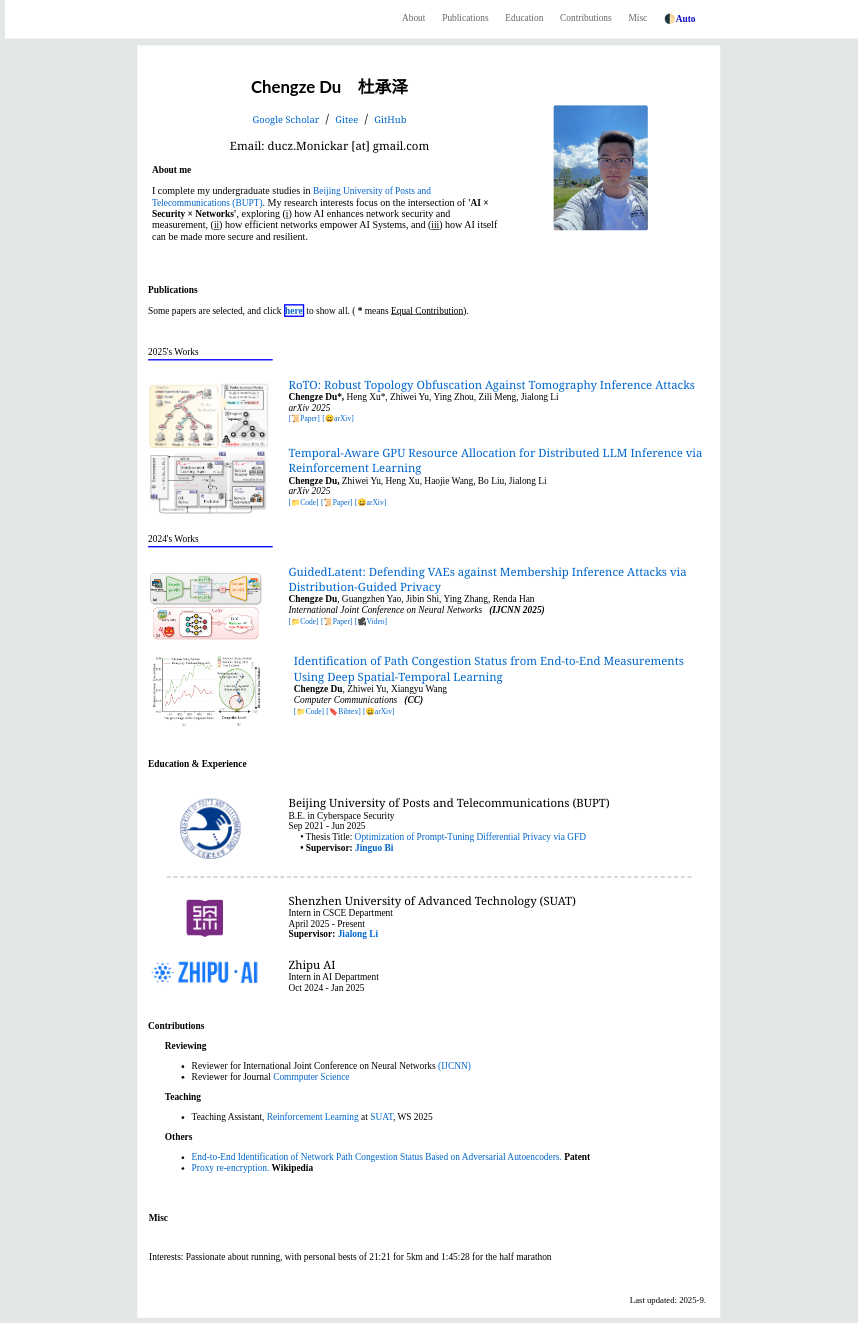
Repository: Monickar/Monickar.github.io
Page: index.html
These files come from the project's save history. The page is drawn as it stood at one moment and after the next save; the edit follows.
The browser window is 1280 px wide. The pictures show the whole page, at 67% of full size.

Above is the page before, as saved 2025-10-28 18:45:38.

After the next save:
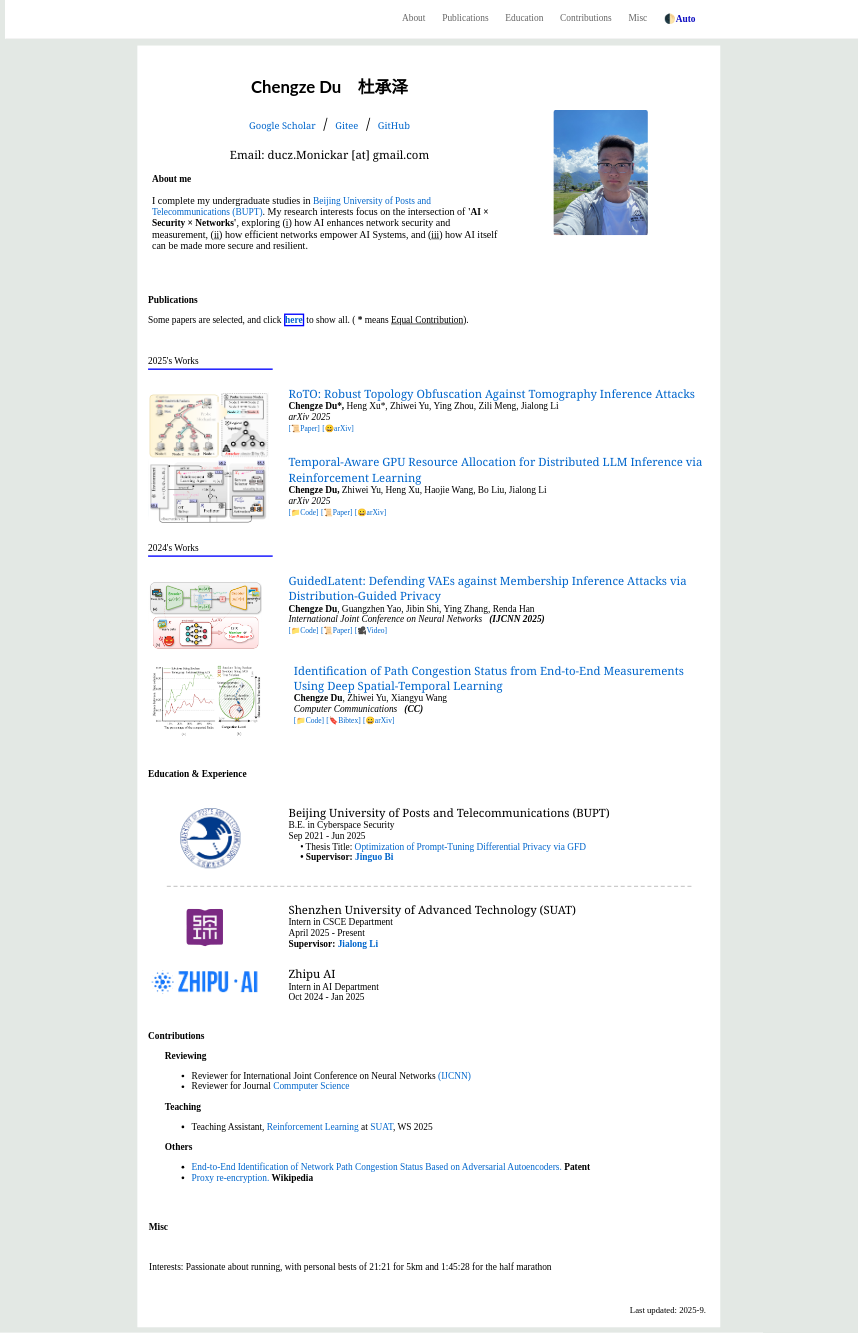
Saved 6 s later.
--- a/index.html
+++ b/index.html
@@ -54,7 +54,7 @@
                   Chengze Du &ensp;  杜承泽
                 </p>
 
-                <p style="text-align:center; font-size: 18px; font-family: Georgia">
+                <p style="text-align:center; font-size: 22px; font-family: Georgia">
                   <a href="https://scholar.google.com/citations?hl=zh-CN&user=y4ty-f4AAAAJ">Google Scholar</a> &nbsp;/&nbsp;
                   <a href="https://gitee.com/monickar">Gitee</a> &nbsp;/&nbsp;
                   <a href="https://github.com/Monickar">GitHub</a>

After the save that followed:
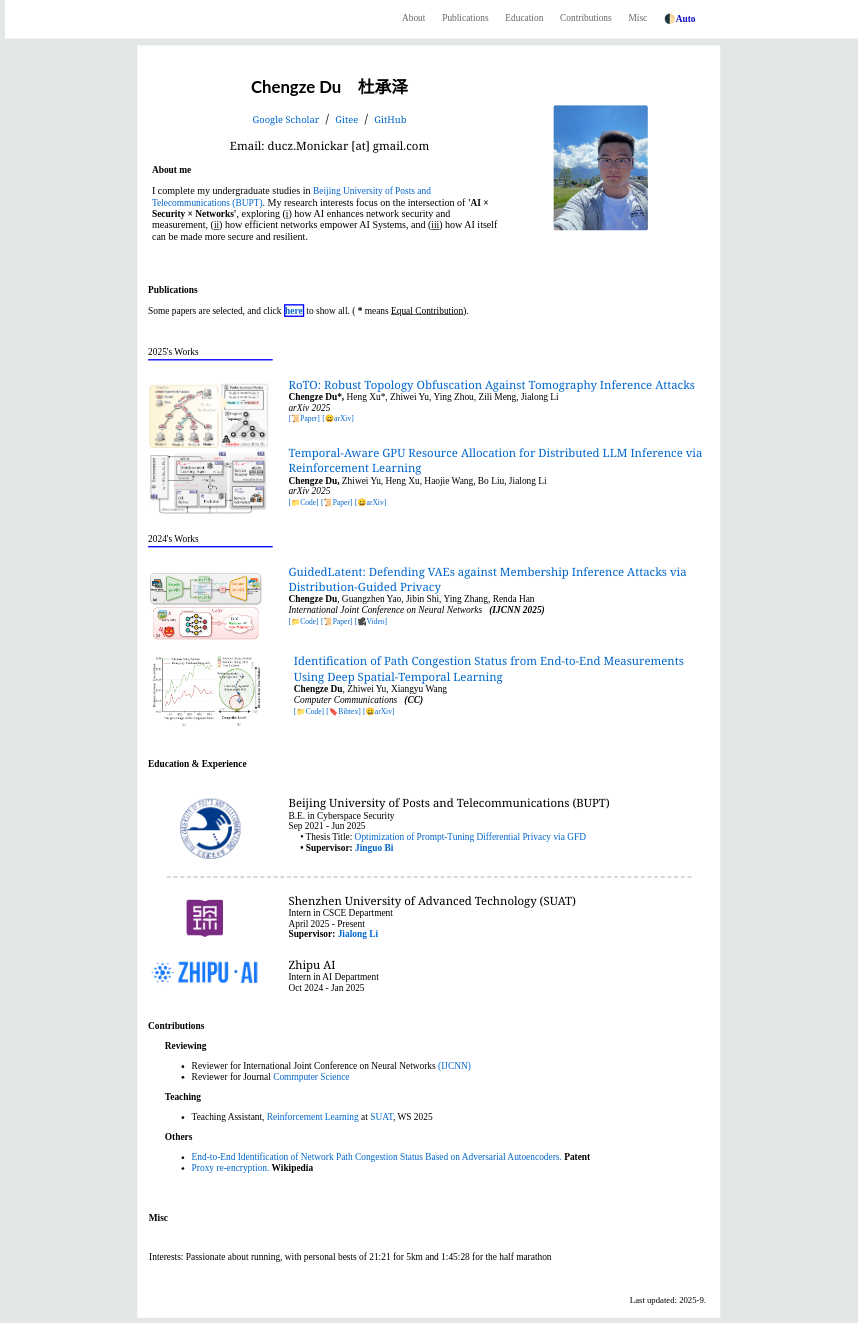
Saved 7 s later.
--- a/index.html
+++ b/index.html
@@ -54,7 +54,7 @@
                   Chengze Du &ensp;  杜承泽
                 </p>
 
-                <p style="text-align:center; font-size: 22px; font-family: Georgia">
+                <p style="text-align:center; font-size: 18px; font-family: Georgia">
                   <a href="https://scholar.google.com/citations?hl=zh-CN&user=y4ty-f4AAAAJ">Google Scholar</a> &nbsp;/&nbsp;
                   <a href="https://gitee.com/monickar">Gitee</a> &nbsp;/&nbsp;
                   <a href="https://github.com/Monickar">GitHub</a>
